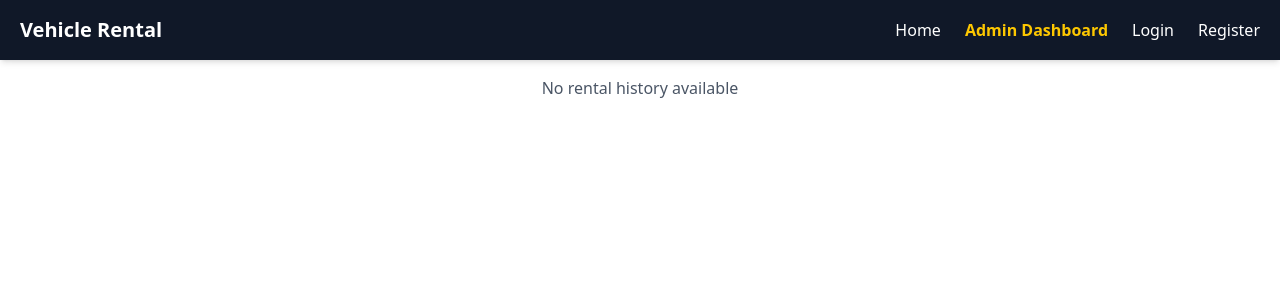
Repository: Sugan-g/vehicle-rental-system
Page: /rental-history (app in frontend/)
These files come from the project's save history. The page is drawn as it stood at one moment and after the next save; the edit follows.
The browser window is 1280 px wide. The pictures show the whole page.
The page's requests for data from a server got no answer. The project was rebuilt for these pictures with package versions that can differ from the ones it lists, and the page was loaded fresh each time. No one was signed in, and anything a server would have sent is missing. Also part of the build but not shown: frontend/vite.config.js, frontend/src/components/VehicleCard.jsx, frontend/src/pages/HomePage.jsx, frontend/src/components/BookingForm.jsx, frontend/src/components/ReviewForm.jsx, frontend/src/pages/VehiclePage.jsx, frontend/src/pages/LoginPage.jsx, frontend/src/pages/RegisterPage.jsx and 2 more.

Above is the page before, as saved 2025-10-26 20:17:04.

### frontend/index.html
<!doctype html>
<html lang="en">
  <head>
    <meta charset="UTF-8" />
    <link rel="icon" type="image/svg+xml" href="/vite.svg" />
    <meta name="viewport" content="width=device-width, initial-scale=1.0" />
    <title>Vehicle Rental System</title>
        <link rel="stylesheet" href="/src/index.css" />

  </head>
  <body>
    <div id="root"></div>
    <script type="module" src="/src/main.jsx"></script>
  </body>
</html>

### frontend/src/main.jsx
import React from "react";
import ReactDOM from "react-dom/client";
import App from "./App.jsx";
import "./index.css";

ReactDOM.createRoot(document.getElementById("root")).render(
    <React.StrictMode>
        <App />
    </React.StrictMode>
);

### frontend/src/App.jsx
import { BrowserRouter as Router, Routes, Route } from "react-router-dom";
import Navbar from "./components/Navbar.jsx";
import HomePage from "./pages/HomePage.jsx";
import VehiclePage from "./pages/VehiclePage.jsx";
import LoginPage from "./pages/LoginPage.jsx";
import RegisterPage from "./pages/RegisterPage.jsx";
import RentalHistoryPage from "./pages/RentalHistoryPage.jsx";
import AdminPage from "./pages/AdminPage.jsx";

function App() {
    return (
        <Router>
            <Navbar />
            <Routes>
                <Route path="/" element={<HomePage />} />
                <Route path="/vehicle/:id" element={<VehiclePage />} />
                <Route path="/login" element={<LoginPage />} />
                <Route path="/register" element={<RegisterPage />} />
                <Route path="/rental-history" element={<RentalHistoryPage />} />
                <Route path="/admin" element={<AdminPage />} />
            </Routes>
        </Router>
    );
}

export default App;

### frontend/src/components/Navbar.jsx
import { Link, useNavigate } from "react-router-dom";
import { useState, useEffect } from "react";
import { FiMenu, FiX } from "react-icons/fi";

export default function Navbar() {
  const navigate = useNavigate();
  const [isLoggedIn, setIsLoggedIn] = useState(false);
  const [menuOpen, setMenuOpen] = useState(false);
  const [role, setRole] = useState(null);

  useEffect(() => {
    const token = localStorage.getItem("token");
    const userRole = localStorage.getItem("role");

    setIsLoggedIn(!!token);
    setRole(userRole);
  }, []);

  const handleLogout = () => {
    localStorage.removeItem("token");
    localStorage.removeItem("role");
    setIsLoggedIn(false);
    setRole(null);
    navigate("/login");
  };

  return (
    <nav className="bg-gray-900 text-white px-5 py-4 shadow-md fixed top-0 left-0 w-full z-50">
      <div className="flex justify-between items-center">
        <Link to="/" className="text-xl font-bold">
          Vehicle Rental
        </Link>

        {/* Mobile Menu Toggle */}
        <button
          className="md:hidden text-2xl"
          onClick={() => setMenuOpen(!menuOpen)}
        >
          {menuOpen ? <FiX /> : <FiMenu />}
        </button>

        {/* Desktop Menu */}
        <div className="hidden md:flex space-x-6 items-center">
          <Link to="/">Home</Link>

            <Link to="/admin/dashboard" className="font-semibold text-yellow-400">
              Admin Dashboard
            </Link>


          {isLoggedIn ? (
            <>
              <Link to="/rental-history">My Rentals</Link>
              <button onClick={handleLogout} className="hover:text-red-400">
                Logout
              </button>
            </>
          ) : (
            <>
              <Link to="/login">Login</Link>
              <Link to="/register">Register</Link>
            </>
          )}
        </div>
      </div>

      {/* ✅ Mobile Dropdown Menu */}
      <div
        className={`md:hidden transition-all duration-300 overflow-hidden ${
          menuOpen ? "max-h-60 mt-3" : "max-h-0"
        }`}
      >
        <div className="bg-gray-800 p-5 rounded-lg flex flex-col space-y-4 text-center">
          <Link to="/" onClick={() => setMenuOpen(false)}>
            Home
          </Link>

          {isLoggedIn && role === "admin" && (
            <Link
              to="/admin/dashboard"
              onClick={() => setMenuOpen(false)}
              className="font-semibold text-yellow-400"
            >
              Admin Dashboard
            </Link>
          )}

          {isLoggedIn ? (
            <>
              <Link
                to="/rental-history"
                onClick={() => setMenuOpen(false)}
              >
                My Rentals
              </Link>
              <button
                onClick={() => {
                  handleLogout();
                  setMenuOpen(false);
                }}
                className="text-red-400 font-semibold"
              >
                Logout
              </button>
            </>
          ) : (
            <>
              <Link to="/login" onClick={() => setMenuOpen(false)}>
                Login
              </Link>
              <Link to="/register" onClick={() => setMenuOpen(false)}>
                Register
              </Link>
            </>
          )}
        </div>
      </div>
    </nav>
  );
}

### frontend/src/pages/RentalHistoryPage.jsx
import { useEffect, useState } from "react";
import API from "../api/api.js";

export default function RentalHistoryPage() {
    const [bookings, setBookings] = useState([]);

    useEffect(() => {
        const fetchBookings = async () => {
            const res = await API.get("/bookings/my");
            setBookings(res.data);
        };
        fetchBookings();
    }, []);

    return (
        <div className="p-4 max-w-4xl mx-auto">
            <h2 className="text-2xl sm:text-3xl font-bold mb-6 text-center">
                My Rentals
            </h2>

            {bookings.length === 0 ? (
                <p className="text-center text-gray-600">
                    No rental history available
                </p>
            ) : (
                <div className="grid gap-4 sm:grid-cols-2 lg:grid-cols-3">
                    {bookings.map((b) => (
                        <div
                            key={b._id}
                            className="bg-white p-4 shadow-md rounded-lg border hover:shadow-lg transition"
                        >
                            <h3 className="text-lg font-semibold text-gray-900">
                                {b.vehicle.make} {b.vehicle.model}
                            </h3>

                            <p className="text-sm text-gray-700 mt-1">
                                📍 {b.vehicle.location}
                            </p>

                            <div className="mt-2 text-sm text-gray-700">
                                <p>
                                    📅 {new Date(b.startDate).toLocaleDateString()} →{" "}
                                    {new Date(b.endDate).toLocaleDateString()}
                                </p>
                                <p>💰 ₹{b.amount || "0"}</p>
                            </div>

                            <p
                                className={`mt-2 font-medium ${
                                    b.paymentStatus === "Paid"
                                        ? "text-green-600"
                                        : "text-orange-600"
                                }`}
                            >
                                {b.paymentStatus}
                            </p>
                        </div>
                    ))}
                </div>
            )}
        </div>
    );
}

### frontend/src/api/api.js
import axios from "axios";

const API = axios.create({
    baseURL: "http://localhost:5000/api"
});

// Add token automatically
API.interceptors.request.use((req) => {
    const token = localStorage.getItem("token");
    if (token) req.headers.Authorization = `Bearer ${token}`;
    return req;
});

export default API;

Loaded but not shown: frontend/src/index.css (common file)

After the next save:
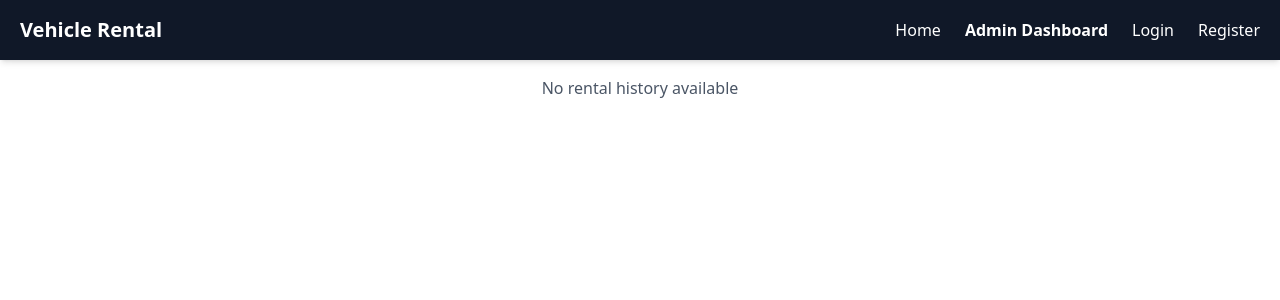
Saved 20 s later.
--- a/frontend/src/components/Navbar.jsx
+++ b/frontend/src/components/Navbar.jsx
@@ -43,7 +43,7 @@ export default function Navbar() {
         <div className="hidden md:flex space-x-6 items-center">
           <Link to="/">Home</Link>
 
-            <Link to="/admin/dashboard" className="font-semibold text-yellow-400">
+            <Link to="/admin/dashboard" className="font-semibold">
               Admin Dashboard
             </Link>
 
